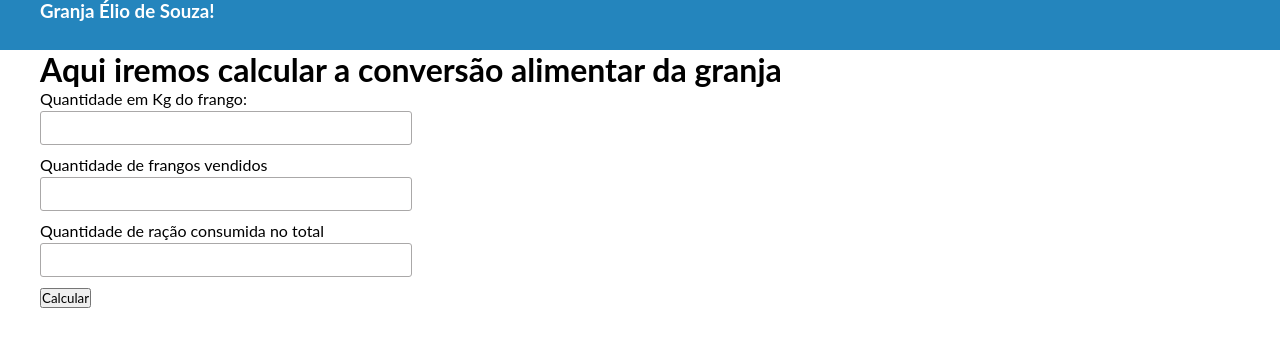
Repository: JoaoNahid/adminSystem
Page: /calculos (app in client/)
An editor plug-in stored every save of this project. The page is shown before and after the next save, followed by the edit.
The browser window is 1280 px wide. The pictures show the whole page.
The project was rebuilt for these pictures with package versions that can differ from the ones it lists, and the page was loaded fresh each time. Also part of the build but not shown: client/src/App.css, client/src/routes/login.js, client/src/routes/cadastro.js, client/src/routes/home.js, client/src/routes/404.js, client/src/routes/lote.js.

Above is the page before, as saved 2022-04-20 21:38:10.

After the next save:
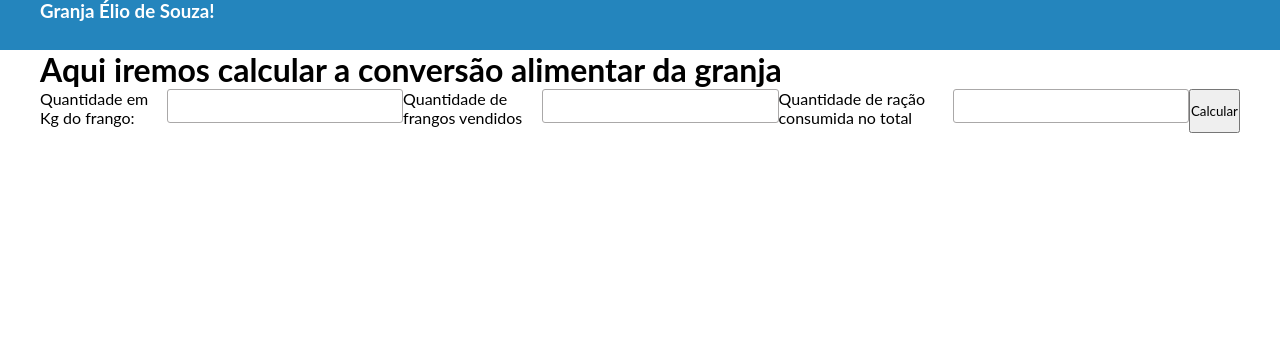
Saved 60 s later.
--- a/client/src/routes/calculos.js
+++ b/client/src/routes/calculos.js
@@ -23,16 +23,18 @@
         <div>
             <div className="container">
                 <h1>Aqui iremos calcular a conversão alimentar da granja</h1>
-                <p className="tituloInput">Quantidade em Kg do frango:</p>
-                <input type="text" className='inputsConversao' name='pesoFrango' defaultValue='' />
-                <p className="tituloInput">Quantidade de frangos vendidos</p>
-                <input type="number" className='inputsConversao' name='qtdFrangos' defaultValue='' />
+                <div className="flexBox">
+                    <p className="tituloInput">Quantidade em Kg do frango:</p>
+                    <input type="text" className='inputsConversao' name='pesoFrango' defaultValue='' />
+                    <p className="tituloInput">Quantidade de frangos vendidos</p>
+                    <input type="number" className='inputsConversao' name='qtdFrangos' defaultValue='' />
 
-                <p className="tituloInput">Quantidade de ração consumida no total</p>
-                <input type="text" className='inputsConversao' name='qtdRacao' defaultValue='' />
+                    <p className="tituloInput">Quantidade de ração consumida no total</p>
+                    <input type="text" className='inputsConversao' name='qtdRacao' defaultValue='' />
 
-                <br />
-                <button onClick={calcularConversao()}>Calcular</button>
+                    <br />
+                    <button onClick={calcularConversao()}>Calcular</button>
+                </div>
             </div>
         </div>
     )

After the save that followed:
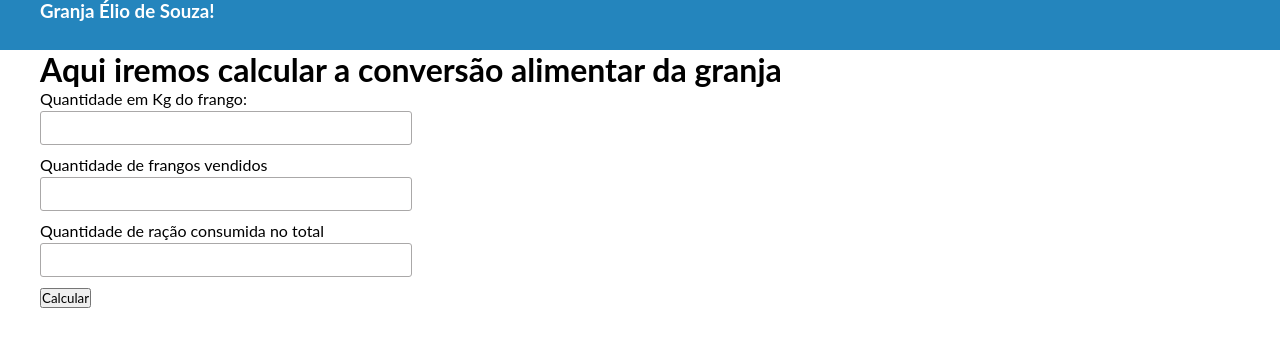
Saved 22 s later.
--- a/client/src/routes/calculos.js
+++ b/client/src/routes/calculos.js
@@ -24,16 +24,18 @@
             <div className="container">
                 <h1>Aqui iremos calcular a conversão alimentar da granja</h1>
                 <div className="flexBox">
-                    <p className="tituloInput">Quantidade em Kg do frango:</p>
-                    <input type="text" className='inputsConversao' name='pesoFrango' defaultValue='' />
-                    <p className="tituloInput">Quantidade de frangos vendidos</p>
-                    <input type="number" className='inputsConversao' name='qtdFrangos' defaultValue='' />
+                    <div className="camposInputs">
+                        <p className="tituloInput">Quantidade em Kg do frango:</p>
+                        <input type="text" className='inputsConversao' name='pesoFrango' defaultValue='' />
+                        <p className="tituloInput">Quantidade de frangos vendidos</p>
+                        <input type="number" className='inputsConversao' name='qtdFrangos' defaultValue='' />
 
-                    <p className="tituloInput">Quantidade de ração consumida no total</p>
-                    <input type="text" className='inputsConversao' name='qtdRacao' defaultValue='' />
+                        <p className="tituloInput">Quantidade de ração consumida no total</p>
+                        <input type="text" className='inputsConversao' name='qtdRacao' defaultValue='' />
 
-                    <br />
-                    <button onClick={calcularConversao()}>Calcular</button>
+                        <br />
+                        <button onClick={calcularConversao()}>Calcular</button>
+                    </div>
                 </div>
             </div>
         </div>
